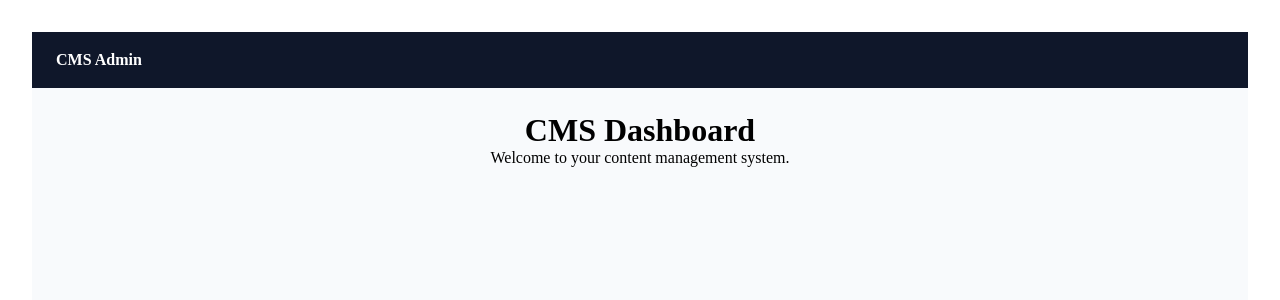
Repository: rajendratamang/react-dashboard
Page: /posts
An editor plug-in stored every save of this project. The page is shown before and after the next save, followed by the edit.
The browser window is 1280 px wide. The pictures show the whole page.
The project was rebuilt for these pictures with package versions that can differ from the ones it lists, and the page was loaded fresh each time. Also part of the build but not shown: vite.config.ts.

Above is the page before, as saved 2026-01-16 20:16:30.

### src/App.tsx
import { useState } from 'react'
import './App.css'
import Dashboard from './pages/Dashboard'
import MainLayout from './layouts/MainLayout'

function App() {


  return (
    <MainLayout>
      <Dashboard />
    </MainLayout>
  )
}

export default App

### src/index.css
* {
  margin: 0;
  padding: 0;
  box-sizing: border-box;
}

html, body, #root {
  height: 100%;
  width: 100%;
}

### src/pages/Dashboard.tsx
export default function Dashboard() {
  return (
    <div style={{ padding: "24px" }}>
      <h1>CMS Dashboard</h1>
      <p>Welcome to your content management system.</p>
    </div>
  );
}

### src/layouts/MainLayout.tsx
import { ReactNode } from "react";

type MainLayoutProps = {
  children: ReactNode;
};

export default function MainLayout({ children }: MainLayoutProps) {
  return (
    <div
      style={{
        height: "100%",
        width: "100%",
        display: "flex",
        flexDirection: "column"
      }}
    >
      <header
        style={{
          height: "56px",
          width: "100%",
          backgroundColor: "#0f172a",
          color: "#ffffff",
          display: "flex",
          alignItems: "center",
          paddingLeft: "24px",
          fontWeight: 600
        }}
      >
        CMS Admin
      </header>

      <div
        style={{
          flex: 1,
          width: "100%",
          backgroundColor: "#f8fafc",
          overflow: "auto"
        }}
      >
        {children}
      </div>
    </div>
  );
}

Loaded but not shown: index.html (common file); src/main.tsx (common file); src/App.css (common file)

After the next save:
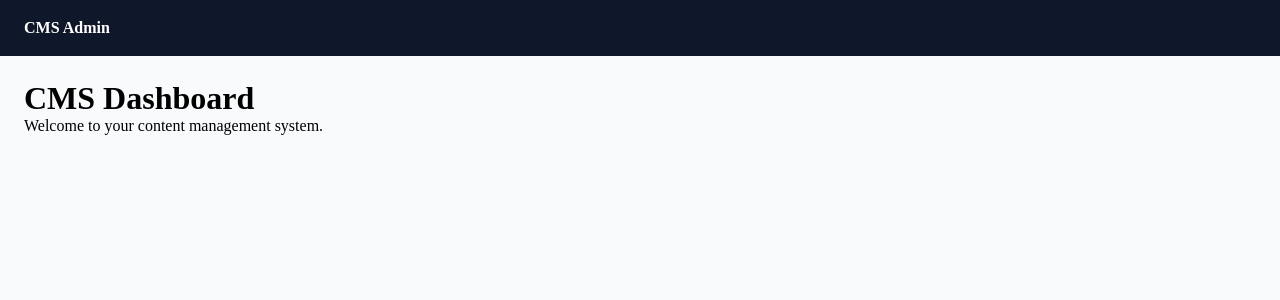
Saved 8 s later.
--- a/src/App.tsx
+++ b/src/App.tsx
@@ -1,16 +1,12 @@
-import { useState } from 'react'
-import './App.css'
-import Dashboard from './pages/Dashboard'
-import MainLayout from './layouts/MainLayout'
+import MainLayout from "./layouts/MainLayout";
+import Dashboard from "./pages/Dashboard";
 
 function App() {
-
-
   return (
     <MainLayout>
       <Dashboard />
     </MainLayout>
-  )
+  );
 }
 
-export default App
+export default App;
